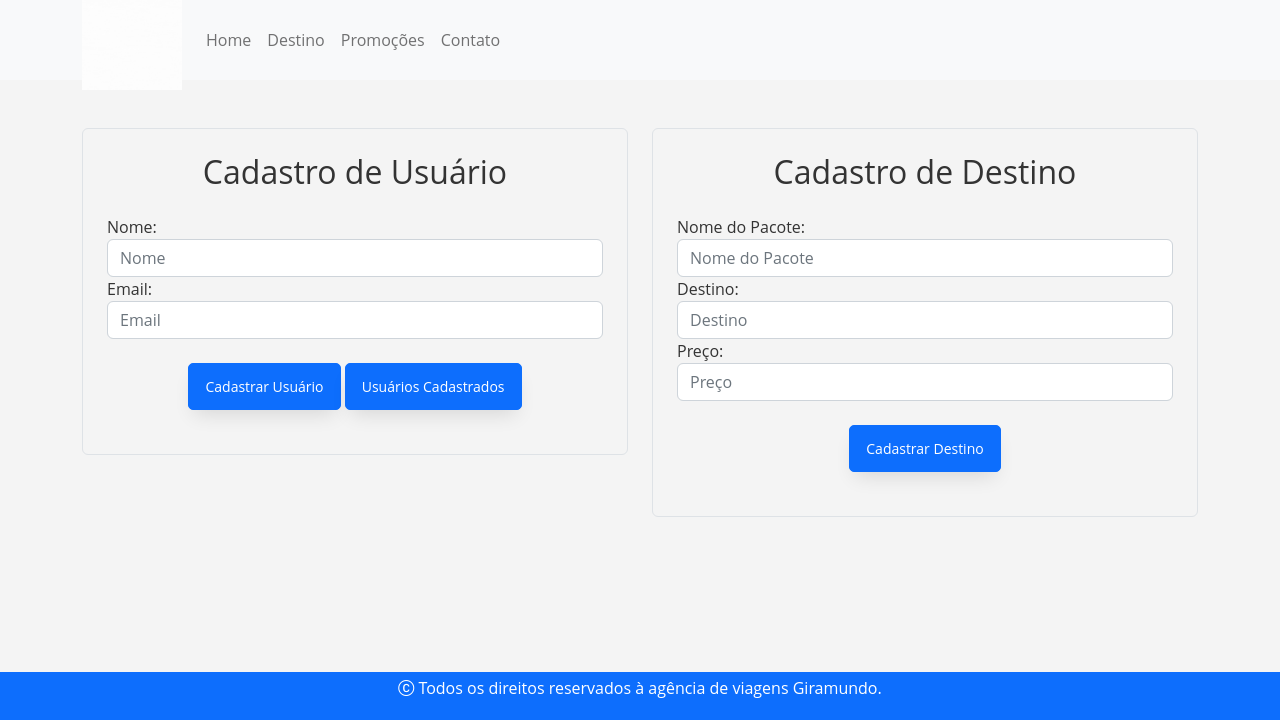
Repository: caiopiabas/RECODE-ENTREGA-3
Page: http://localhost/AgenciaViagem3/cadastro.jsp
These files come from the project's save history. The page is drawn as it stood at one moment and after the next save; the edit follows.
The browser window is 1280 px wide. The pictures show the whole page.
Some web libraries are served in a nearby version. The page is served by Tomcat 9. Other server files are loaded and not shown.

Above is the page before, as saved 2023-11-01 06:50:51.

### AgenciaViagem3/src/main/webapp/cadastro.jsp
<%@ page language="java" contentType="text/html; charset=UTF-8" pageEncoding="UTF-8"%>
<!DOCTYPE html>
<html lang="pt-br">
<head>
    <meta charset="utf-8">
    <meta name="viewport" content="width=device-width, initial-scale=1">
    <title>Cadastro de Usuário e Destino</title>
    <link rel="stylesheet" href="https://cdn.jsdelivr.net/npm/bootstrap-icons@1.10.5/font/bootstrap-icons.css">
   <link href="https://cdn.jsdelivr.net/npm/bootstrap@5.2.3/dist/css/bootstrap.min.css" rel="stylesheet">

    <link rel="stylesheet" href="assets/css/style.css">
</head>
<body>
    <!-- Menu Principal -->
    <nav class="navbar navbar-expand-lg navbar-light bg-light" style="height: 80px;">
        <div class="container">
            <a class="navbar-brand" href="#">
                <img src="./assets/images/logo.gif" alt="logo" class="img-fluid" width="100" height="80">
            </a>
            <button class="navbar-toggler" type="button" data-bs-toggle="collapse"
                data-bs-target="#navbarSupportedContent" aria-controls="navbarSupportedContent" aria-expanded="false"
                aria-label="Toggle navigation">
                <span class="navbar-toggler-icon"></span>
            </button>

            <div class="collapse navbar-collapse" id="navbarSupportedContent">
                <ul class="navbar-nav me-auto mb-2 mb-lg-0">
                    <li class="nav-item">
                        <a class="nav-link" aria-current="page" href="index.html">Home</a>
                    </li>
                    <li class="nav-item">
                        <a class="nav-link" href="destino.html">Destino</a>
                    </li>
                    <li class="nav-item">
                        <a class=nav-link href="promocoes.html">Promoções</a>
                    </li>
                    <li class="nav-item">
                        <a class="nav-link" href="contato.html">Contato</a>
                    </li>
                </ul>
            </div>
        </div>
    </nav>

    <div class="container mt-5">
        <div class="row">
            <div class="col-md-6">
                <!-- Formulário de Cadastro de Usuário -->
                <div class="border p-4 rounded">
                    <h2 class="text-center mb-4">Cadastro de Usuário</h2>
                    <form action="processarCadastro.jsp" method="post">
                        <div class="form-group">
                            <label for="nome">Nome:</label>
                            <input type="text" class="form-control" id="nome" name="nome" placeholder="Nome">
                        </div>

                        <div class="form-group">
                            <label for="email">Email:</label>
                            <input type="email" class="form-control" id="email" name="email" placeholder="Email">
                        </div>

                        <div class="form-group text-center">
                            <button type="submit" class="btn btn-primary mt-4">Cadastrar Usuário</button>
                             <button type="submit" class="btn btn-primary mt-4">Usuários Cadastrados</button>
                        </div>
                        <input type="hidden" name="action" value="user">
                    </form>
                </div>
            </div>

            <div class="col-md-6">
                <!-- Formulário de Cadastro de Destino -->
                <div class="border p-4 rounded">
                    <h2 class="text-center mb-4">Cadastro de Destino</h2>
                    <form action="processarCadastro.jsp" method="post">
                        <div class="form-group">
                            <label for="nomePacote">Nome do Pacote:</label>
                            <input type="text" class="form-control" id="nomePacote" name="nomePacote" placeholder="Nome do Pacote">
                        </div>

                        <div class="form-group">
                            <label for="destino">Destino:</label>
                            <input type="text" class="form-control" id="destino" name="destino" placeholder="Destino">
                        </div>

                        <div class="form-group">
                            <label for="preco">Preço:</label>
                            <input type="text" class="form-control" id="preco" name="preco" placeholder="Preço">
                        </div>

                        <div class="form-group text-center">
                            <button type="submit" class="btn btn-primary mt-4">Cadastrar Destino</button>
                        </div>
                        <input type="hidden" name="action" value="destination">
                    </form>
                </div>
            </div>
        </div>
    </div>

    <!-- Rodapé -->
    <footer class="bg-primary text-center text-white p-1 fixed-bottom">
        <p><i class="bi bi-c-circle" style="font-size:1rem"></i>
            Todos os direitos reservados à agência de viagens Giramundo.</p>
    </footer>

    <!-- Scripts JavaScript do Bootstrap -->
    <script src="https://code.jquery.com/jquery-3.5.1.slim.min.js"></script>
    <script src="https://cdn.jsdelivr.net/npm/@popperjs/core@2.5.3/dist/umd/popper.min.js"></script>
    <script src="https://maxcdn.bootstrapcdn.com/bootstrap/4.5.2/js/bootstrap.min.js"></script>
</body>
</html>

### AgenciaViagem3/src/main/webapp/assets/css/style.css
body {

	margin: 0;
	padding: 0;
	background-color: #f4f4f4;
	font-family: 'Open Sans', sans-serif;
	color: #333;
}

h1,
h2,
h3,
h4,
h5,
h6 {
	color: #333;
}

.btn {
	padding: 12px 16px;
	cursor: pointer;
	border-width: 1px;
	border-radius: 5px;
	font-size: 14px;
	font-weight: 400;
	-webkit-box-shadow: 0px 10px 20px -6px rgba(0, 0, 0, 0.12);
	-moz-box-shadow: 0px 10px 20px -6px rgba(0, 0, 0, 0.12);
	box-shadow: 0px 10px 20px -6px rgba(0, 0, 0, 0.12);
	position: relative;
	margin-bottom: 20px;
	-webkit-transition: .3s;
	-moz-transition: .3s;
	-o-transition: .3s;
	transition: .3s;
}

.btn:hover,
.btn:active,
.btn:focus {
	outline: none !important;
	-webkit-box-shadow: 0px 10px 20px -6px rgba(0, 0, 0, 0.22) !important;
	-moz-box-shadow: 0px 10px 20px -6px rgba(0, 0, 0, 0.22) !important;
	box-shadow: 0px 10px 20px -6px rgba(0, 0, 0, 0.22) !important;
}

.btn.btn-primary {
	background: primary !important;
	border-color: primary !important;
	color: white;

	&:hover,
	&:focus {
		border-color: darken(primary, 10%) !important;
		background: darken(primary, 10%) !important;
	}
}

.contactForm {
	.label {
		color: black;
		text-transform: uppercase;
		font-size: 12px;
		font-weight: 600;
	}

	.form-control {
		border: none;
		border-bottom: 1px solid rgba(0, 0, 0, .1);
		padding: 0;
	}
}

#contactForm {
	.error {
		color: red;
		font-size: 12px;
	}

	.form-control {
		font-size: 16px;
	}
}

#message {
	resize: vertical;
}

#form-message-warning,
#form-message-success {
	display: none;
}

#form-message-warning {
	color: red;
}

#form-message-success {
	color: success;
	font-size: 18px;
	font-weight: bold;
}

.submitting {
	float: left;
	width: 100%;
	padding: 10px 0;
	display: none;
	font-size: 16px;
	font-weight: bold;
}


.form-bg {
	background-image: url('../images/fundoForm.jpg');
	background-size: cover;
	background-repeat: no-repeat;
	background-attachment: fixed;
}

After the next save:
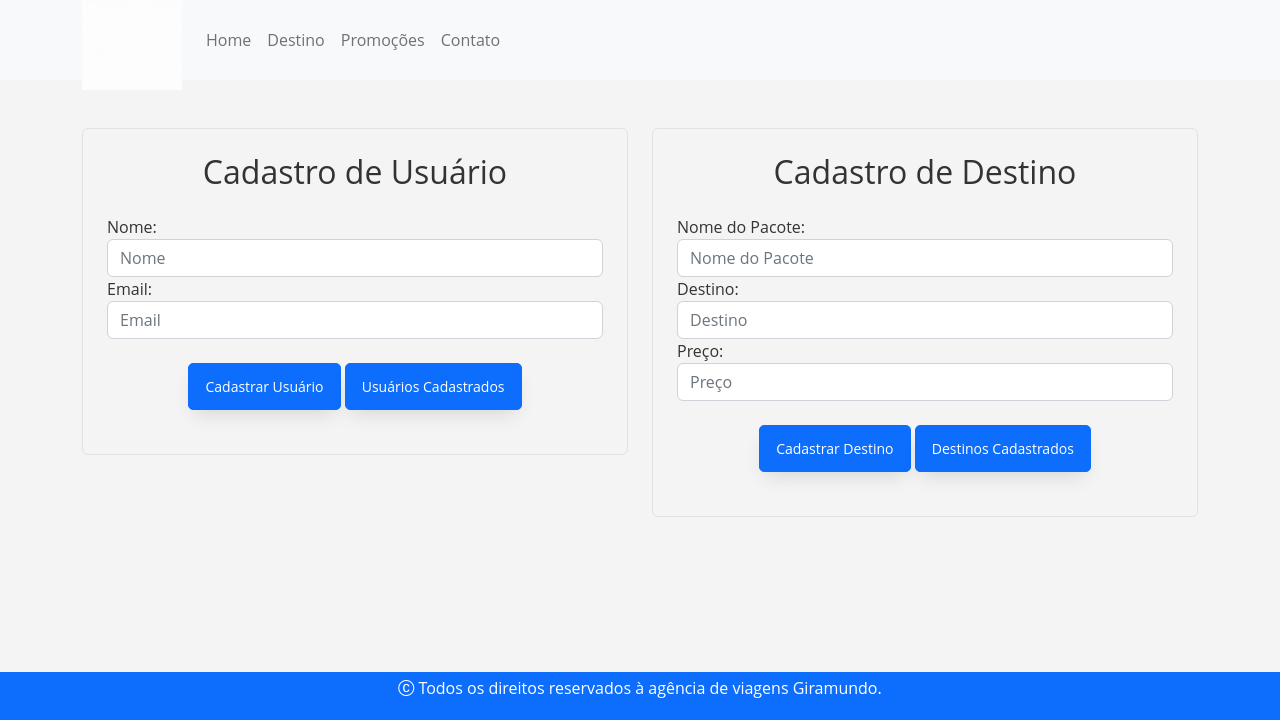
Saved 76 s later.
--- a/AgenciaViagem3/src/main/webapp/cadastro.jsp
+++ b/AgenciaViagem3/src/main/webapp/cadastro.jsp
@@ -90,6 +90,7 @@
 
                         <div class="form-group text-center">
                             <button type="submit" class="btn btn-primary mt-4">Cadastrar Destino</button>
+                            <button type="submit" class="btn btn-primary mt-4">Destinos Cadastrados</button>
                         </div>
                         <input type="hidden" name="action" value="destination">
                     </form>
